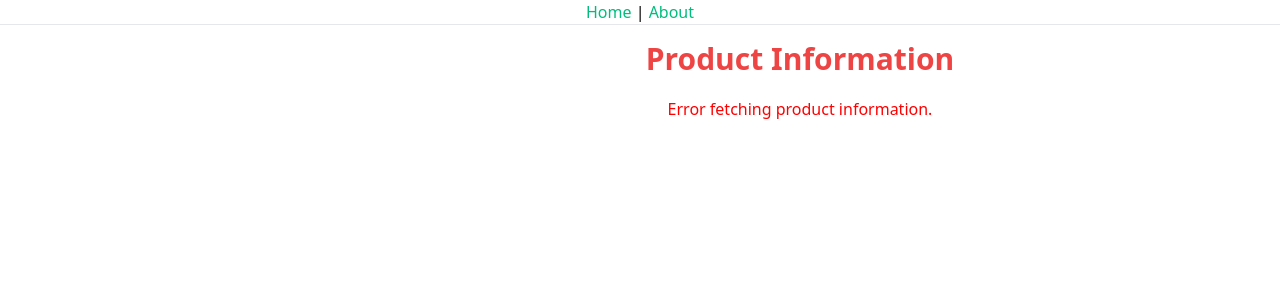
Repository: loktioncode/vectra-shop
Page: /
These files come from the project's save history. The page is drawn as it stood at one moment and after the next save; the edit follows.
The browser window is 1280 px wide. The pictures show the whole page.
The page's requests for data from a server got no answer. The project was rebuilt for these pictures with package versions that can differ from the ones it lists, and the page was loaded fresh each time. No one was signed in, and anything a server would have sent is missing. Also part of the build but not shown: vite.config.ts, src/components/ProductCard.vue.

Above is the page before, as saved 2023-09-20 15:27:27.

### src/assets/main.css
@tailwind base;
@tailwind components;
@tailwind utilities;

@import './base.css';

a,
.green {
  text-decoration: none;
  color: hsla(160, 100%, 37%, 1);
  transition: 0.4s;
}

@media (hover: hover) {
  a:hover {
    background-color: hsla(160, 100%, 37%, 0.2);
  }
}

### src/App.vue
<!-- <script setup lang="ts">
import { RouterLink, RouterView } from 'vue-router'
import HelloWorld from './components/HelloWorld.vue'
</script> -->

<template>
  <div class="app">
    <header>
      <nav>
        <RouterLink to="/">Home</RouterLink> |
        <RouterLink to="/about">About</RouterLink>
      </nav>

    </header>
    <RouterView />

  </div>
</template>

<style >
.app {
  text-align: center;
}
</style>

### src/views/HomeView.vue


<template>
  <!-- <div class="home">
    <Counter />
    <div class="buttons">
      <button @click="storeCounter.decreaseCount">-</button>
      <button @click="storeCounter.increaseCount">+</button>
    </div>
    <hr>
    <div>
      this counter is : {{ storeCounter.oddOrEven }}
    </div>
    <hr>
    <div>
      <h3>Edit Counter:</h3>
      <input v-model="storeCounter.count" type="number" name="count" id="count">
    </div>
  </div> -->
  <hr>
  <div>
    <Products />
  </div>

</template>



<script setup lang="ts">
import Counter from '@/components/Counter.vue'
import Products from '@/components/Products.vue'

import { useCounterStore } from '@/stores/counter'

const storeCounter = useCounterStore();


</script>

<style>
@media (min-width: 1024px) {
  .home {
    min-height: 100vh;
    align-items: center;
  }



  .buttons button {
    font-size: 40px;
    margin: 20px;
    width: 50px;
    height: 50px;
  }
}
</style>

### src/components/Products.vue
<template>
  <div class="flex">
    <!-- Left Sidebar for Filters -->
    <div class="w-1/4 p-4">
      <!-- Your filter components can go here -->
    </div>

    <!-- Right Side for Product Information -->
    <div class="w-3/4 p-4">
      <h1 class="text-3xl text-red-500 font-bold mb-5">Product Information</h1>
      <div v-if="productStore.loading">Loading...</div>
      <div v-else>
        <div v-if="productStore.error" class="error-message">{{ productStore.error }}</div>
        <div class="px-10">
          <div class="grid grid-cols-4 gap-4">
            <ProductCard v-for="product in productStore.products" :key="product.id" :product="product" />
          </div>
        </div>
      </div>
    </div>
  </div>
</template>

<script setup lang="ts">
import { onMounted } from 'vue';
import { useProductStore } from '@/stores/productStore';
import ProductCard from '@/components/ProductCard.vue';

const productStore = useProductStore();

async function fetchProductInfo() {
  const apiUrl = 'https://fakestoreapi.com/products'; // Replace with your actual API endpoint
  await productStore.fetchProductInfo(apiUrl);
}

onMounted(() => fetchProductInfo());
</script>

<style scoped>
.error-message {
  color: red;
}
</style>

### src/stores/counter.ts
import { computed } from 'vue'
import { defineStore } from 'pinia'

export const useCounterStore = defineStore({
  id: 'counter',
  state: () => ({
    count: 0,
    name: '张三',
    username: 'zhangsan'
  }),
  actions: {
    increaseCount() {
      this.count++;
    },
    decreaseCount() {
      this.count--;
    }
  },
  getters: {
    oddOrEven: (state) => {
      if (state.count % 2 === 0) {
        return 'even'
      } else {
        return 'odd'
      }
    }

  }
})

### src/stores/productStore.ts
import { defineStore } from 'pinia';

interface Product {
    id: string;
    title: string;
    description: string;
    price: number;
}

export const useProductStore = defineStore({
    id: 'products',
    state: () => ({
        products: [] as Product[],
        loading: false,
        error: null as string | null,
    }),
    actions: {
        async fetchProductInfo(apiUrl: string) {
            try {
                this.loading = true;
                const response = await fetch(apiUrl);

                if (!response.ok) {
                    throw new Error('Network response was not ok');
                }

                this.products = await response.json();
                this.error = null;
            } catch (error) {
                this.error = 'Error fetching product information.';
                console.error(error);
            } finally {
                this.loading = false;
            }
        },
    },
    getters: {


    }
})

### tailwind.config.js
/** @type {import('tailwindcss').Config} */
module.exports = {
  content: [
    "./index.html",
    "./src/**/*.{vue,js,jsx,ts,tsx}",
  ],
  theme: {
    extend: {},
  },
  plugins: [],
}

Loaded but not shown: index.html (common file); src/main.ts (common file); src/router/index.ts (common file)

After the next save:
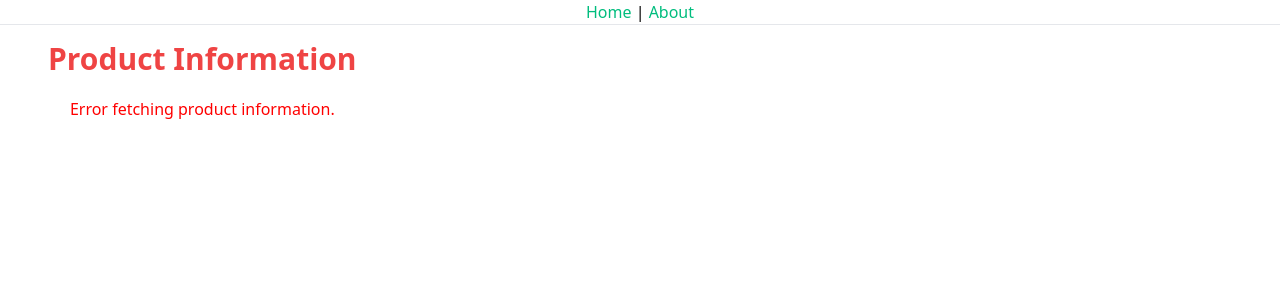
Saved 113 s later.
--- a/src/components/Products.vue
+++ b/src/components/Products.vue
@@ -1,12 +1,12 @@
 <template>
   <div class="flex">
     <!-- Left Sidebar for Filters -->
-    <div class="w-1/4 p-4">
+    <div class="w-30 p-4">
       <!-- Your filter components can go here -->
     </div>
 
     <!-- Right Side for Product Information -->
-    <div class="w-3/4 p-4">
+    <div class="w-70 p-4">
       <h1 class="text-3xl text-red-500 font-bold mb-5">Product Information</h1>
       <div v-if="productStore.loading">Loading...</div>
       <div v-else>
